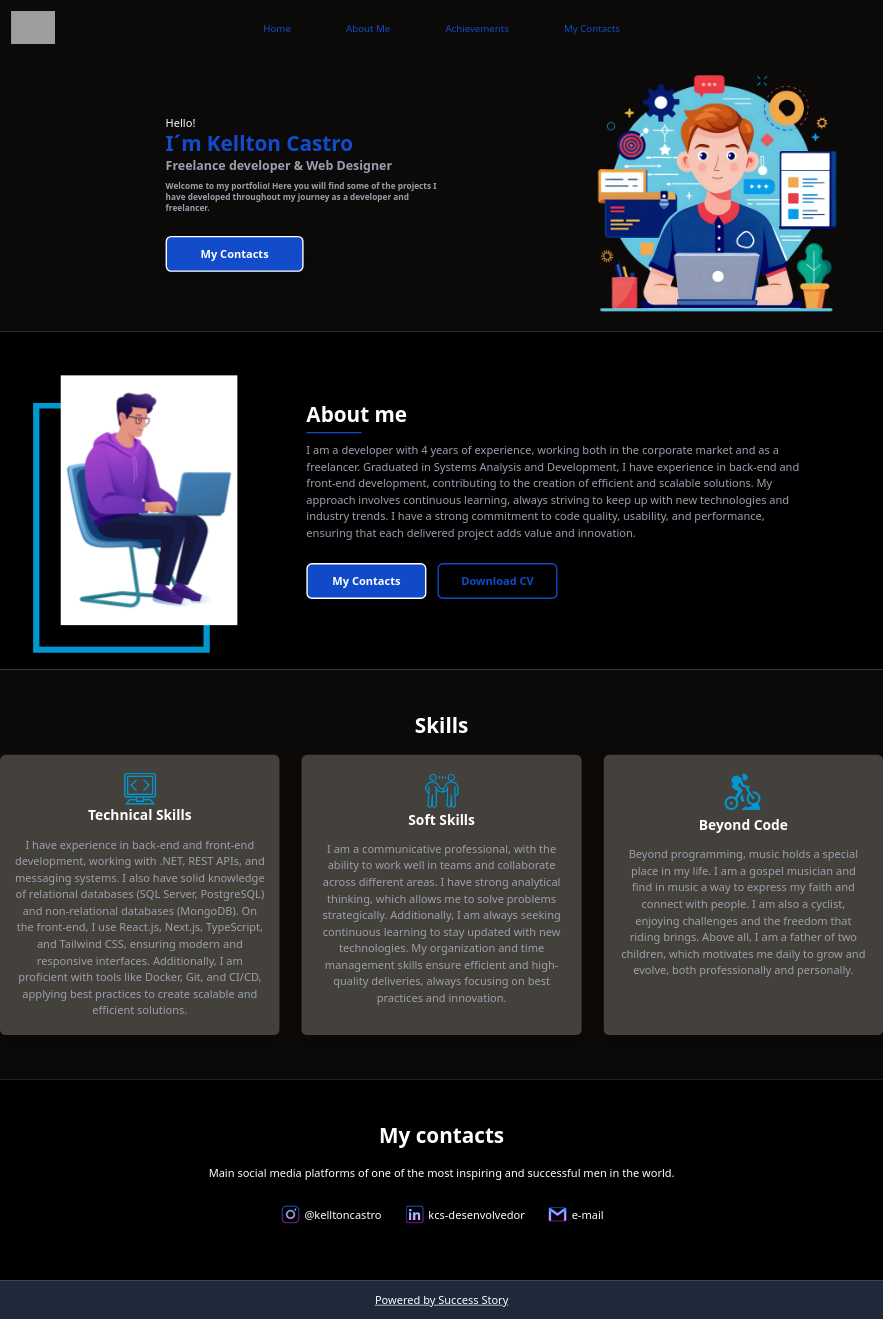
Repository: kcsdesenvolvedor/portfolio
Page: src/index.html
An editor plug-in stored every save of this project. The page is shown before and after the next save, followed by the edit.
The browser window is 1280 px wide. The pictures show the whole page, at 69% of full size.
Pictures or frames that could not be fetched are drawn as grey boxes.

Above is the page before, as saved 2025-02-21 21:18:11.
Console error: TypeError: Cannot read properties of null (reading 'textContent')

After the next save:
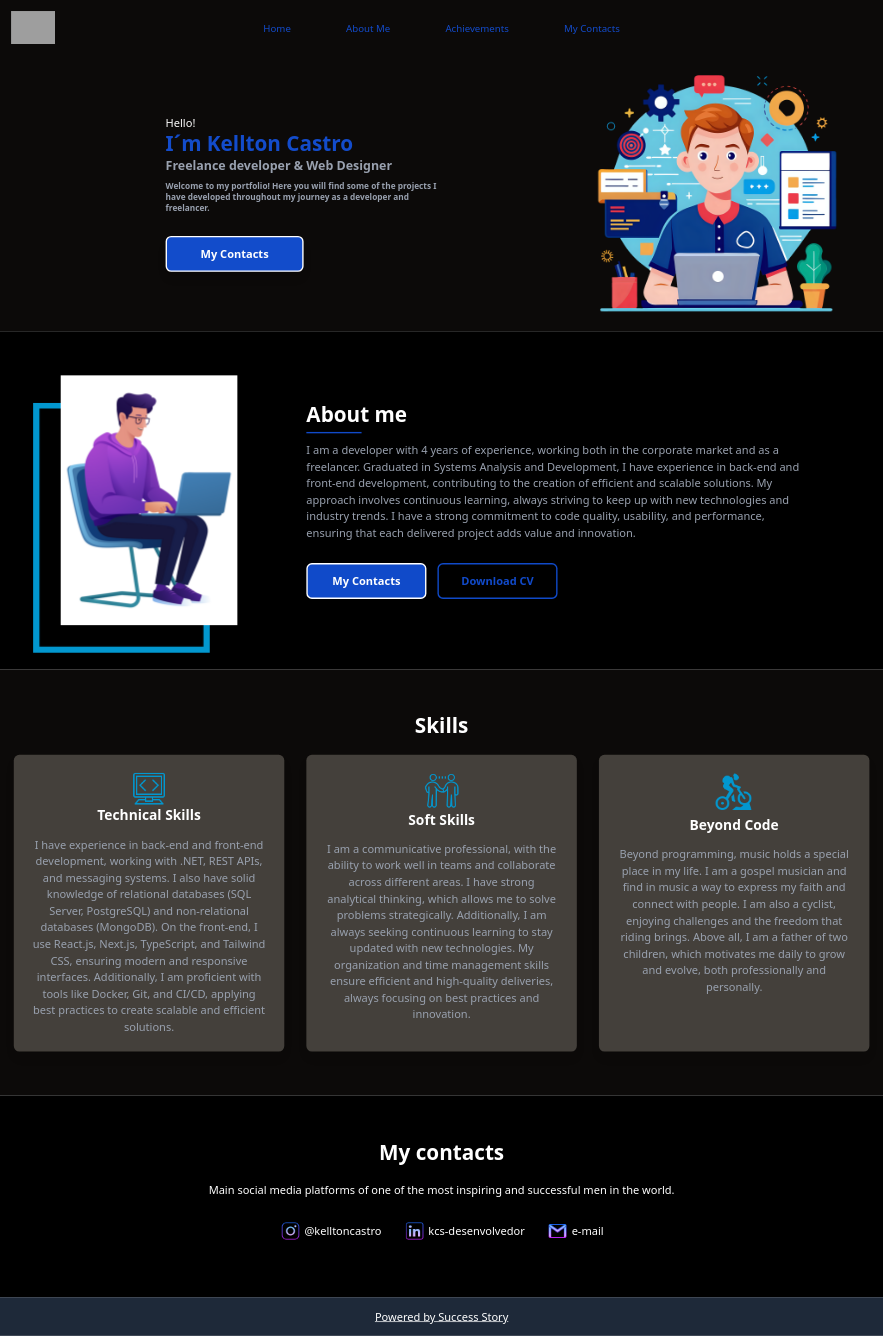
Saved 40 s later.
--- a/src/index.html
+++ b/src/index.html
@@ -177,8 +177,8 @@
     <section id="achievements" class="py-16 bg-stone-950 fade-in">
         <div class="container mx-auto text-center">
             <h3 class="text-3xl text-white font-bold mb-6">Skills</h3>
-            <div class="grid grid-cols-1 md:grid-cols-3 gap-8">
-                <div class="px-5 flex flex-col items-center bg-stone-700 p-6 rounded-lg shadow-lg transition delay-150 duration-300 transform hover:scale-105 hover:shadow-xl">
+            <div class="px-5 grid grid-cols-1 md:grid-cols-3 gap-8">
+                <div class="flex flex-col items-center bg-stone-700 p-6 rounded-lg shadow-lg transition delay-150 duration-300 transform hover:scale-105 hover:shadow-xl">
                     <img src="./img/hard-skills.png" alt="image hard skills">
                     <h4 class="text-xl text-white font-bold mb-4">Technical Skills</h4>
                     <p class="text-gray-400">I have experience in back-end and front-end development, working with .NET, REST APIs, and messaging systems. I also have solid knowledge of relational databases (SQL Server, PostgreSQL) and non-relational databases (MongoDB). On the front-end, I use React.js, Next.js, TypeScript, and Tailwind CSS, ensuring modern and responsive interfaces. Additionally, I am proficient with tools like Docker, Git, and CI/CD, applying best practices to create scalable and efficient solutions.</p>
